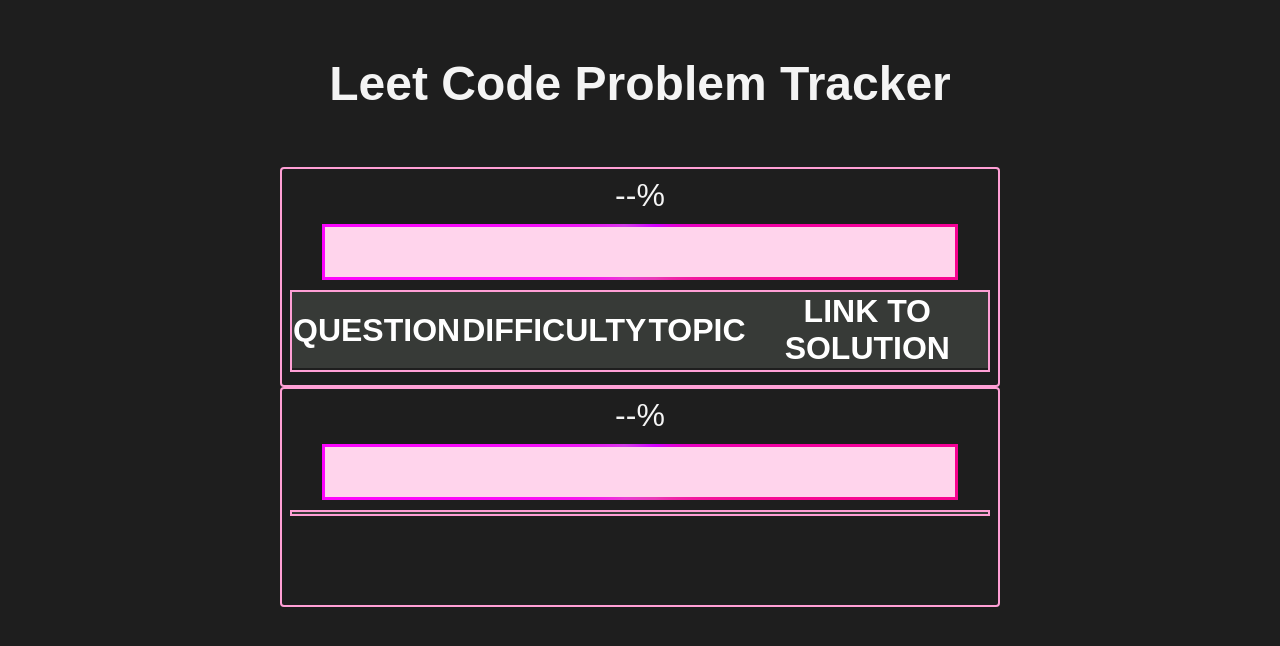
Repository: bbrockbrown/leet-code-tracker
Page: index.html
These files come from the project's save history. The page is drawn as it stood at one moment and after the next save; the edit follows.
The browser window is 1280 px wide. The pictures show the whole page.

Above is the page before, as saved 2024-07-28 17:17:57.

### index.html
<!DOCTYPE html>
<html lang="en">
<head>
    <meta charset="UTF-8">
    <meta name="viewport" content="width=device-width, initial-scale=1.0">
    <link rel="stylesheet" href="styles.css">
    <script>src="script.js"</script>
    <title>Document</title>
</head>
<body>
    <div class="main">
        <h1 id="header">Leet Code Problem Tracker</h1>
    </div>

    <div class="tracking-container">
        <!-- Have some script grab random leet code problems daily -->
        <div class="todo-tracking">
            <div class="todo-percent">--%</div>
            <div class="progressbar" id="todo-bar"> <!--% Container for progressbar --> </div>
            <table>
                <tbody>
                    <tr>
                        <th>Question</th>
                        <th>Difficulty</th>
                        <th>Topic</th>
                        <th>Link to Solution</th>
                    </tr>

                    <tr>
                        <td></td>
                        <td></td>
                        <td></td>
                    </tr>
                </tbody>
            </table>
        </div>

        <!-- Brings to page with links to completed problems, area to write
         notes about how it was solved, topics used, etc-->
        <div class="completed-tracking">
            <div class="completed-percent">--%</div>
            <div class="progressbar" id="completed-bar"> <!--% Container for progressbar --> </div>
            <table>
                <tbody>
                    <tr>
                        <th></th>
                        <th></th>
                        <th></th>
                    </tr>
                </tbody>
            </table>
        </div>
    </div>
</body>
</html>

### styles.css
:root {
    --tracking-border-color: rgb(255, 159, 213);
}

@keyframes rotate {
	to {
		--angle: 360deg;
	}
}

@property --angle {
  syntax: '<angle>';
  initial-value: 0deg;
  inherits: false;
}

head {
    display: none;
}

body {
    font-family: Arial, sans-serif;
    background: #1e1e1e;
    margin: 0;
    padding: 0;
    color: #f4f4f4;
    overflow: hidden;
    font-size: 90%;
}

.main {
    display: flex;
    flex-flow: column;
    justify-content: center;
    align-items: center;
    padding: 24px;
}

#header {
    font-size: 48px;
}

.tracking-container {
    display: flex;
    flex-flow: row wrap;
    align-items: center;
    justify-content: space-evenly;
}

.todo-tracking, .completed-tracking {
    border: 2px solid var(--tracking-border-color);
    border-radius: 4px;
    font-size: 32px;
    text-align: center;
    box-shadow: 8px rgb(255, 159, 213, 0.8);
    height: 200px;
    width: 700px;
    padding: 8px;
}

.todo-tracking:hover, .completed-tracking:hover {
    filter: brightness(85%);
}

/* progress bar fills more as more complete */
.progressbar {
    width: 90%;
    height: 50px;
    border-radius: 8px;
    background-color: rgb(255, 212, 236);
    margin: 10px auto;
    --angle: 0deg;
    /* FOR FUTURE: make it so user can change border gradient */
    --very-pink: rgb(249, 0, 141);
    --pink: rgb(233, 58, 183);
    --pinkish-purple: rgb(233, 58, 210);
    --magenta: magenta;
    --purple: rgb(213, 58, 233);
    --very-purple: rgb(212, 0, 255);
	border: 3px solid;
	border-image: conic-gradient(from var(--angle), var(--very-pink), var(--pink), var(--pinkish-purple), var(--magenta), var(--purple), var(--very-purple), var(--very-pink)) 1;
	animation: 4s rotate linear infinite;
}

table {
    width: 100%;
    margin: 0 auto;
    display: table;
    border-collapse: collapse;
    transition: box-shadow 0.3s ease-in-out;
    border: 2px solid var(--tracking-border-color);
    border-radius: 10px;
    box-shadow: #1e1e1e;
}

tbody {
    display: table-row-group;
    vertical-align: middle;
    unicode-bidi: isolate;
    border-color: inherit;
}

tr {
    display: table-row;
    vertical-align: inherit;
    unicode-bidi: isolate;
    border-color: inherit;
}

th {
    color: white;
    text-transform: uppercase;
    background-color: #373a37;
}

th:first-child, td:first-child {
    text-align: left;
}

After the next save:
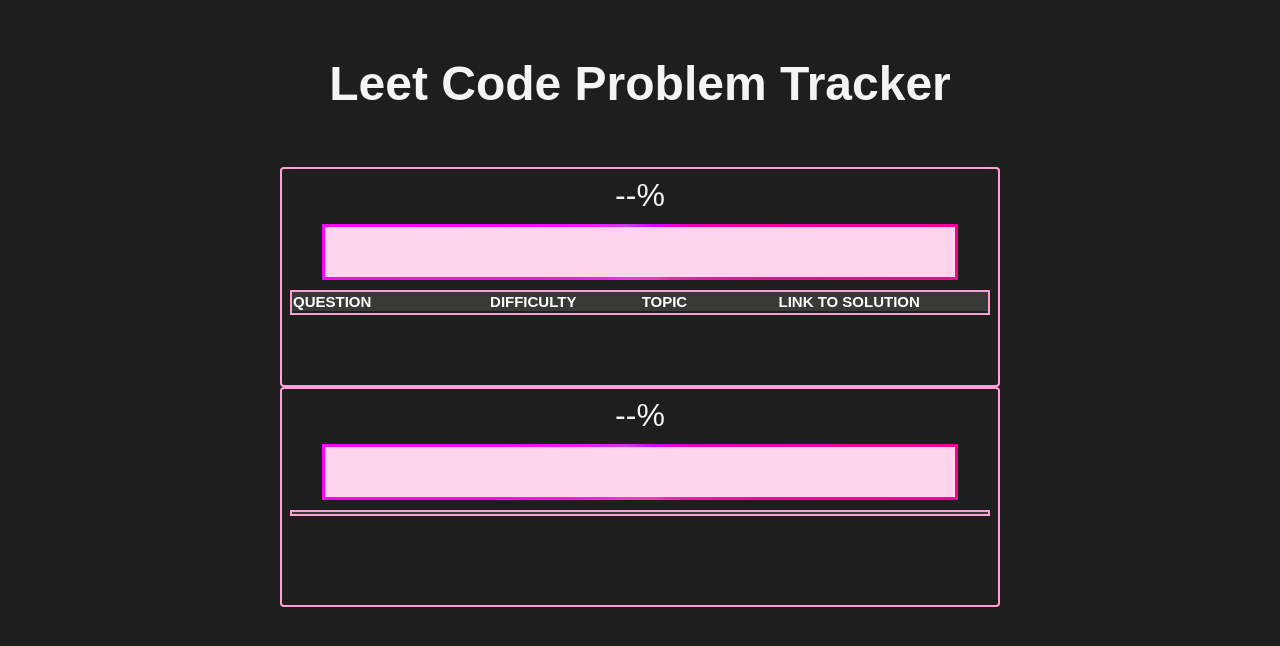
Saved 97 s later.
--- a/styles.css
+++ b/styles.css
@@ -98,6 +98,7 @@ tbody {
     vertical-align: middle;
     unicode-bidi: isolate;
     border-color: inherit;
+    font-size: 15px;
 }
 
 tr {
